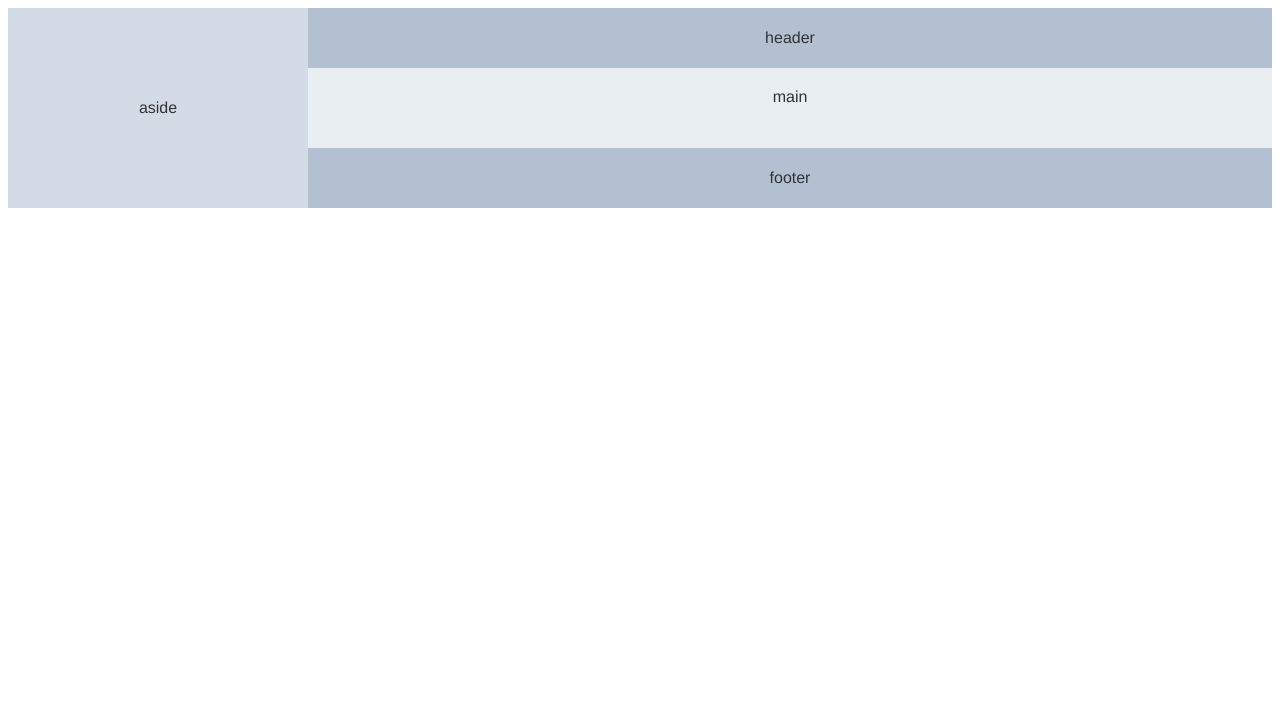
Repository: lagezhou888/element-vue2
Page: /#/button
These files come from the project's save history. The page is drawn as it stood at one moment and after the next save; the edit follows.
The browser window is 1280 px wide. The pictures show the whole page.
The project was rebuilt for these pictures with package versions that can differ from the ones it lists, and the page was loaded fresh each time. Also part of the build but not shown: src/components/HelloWorld.vue, src/views/Home.vue.

Above is the page before, as saved 2021-05-13 15:19:12.

After the next save:
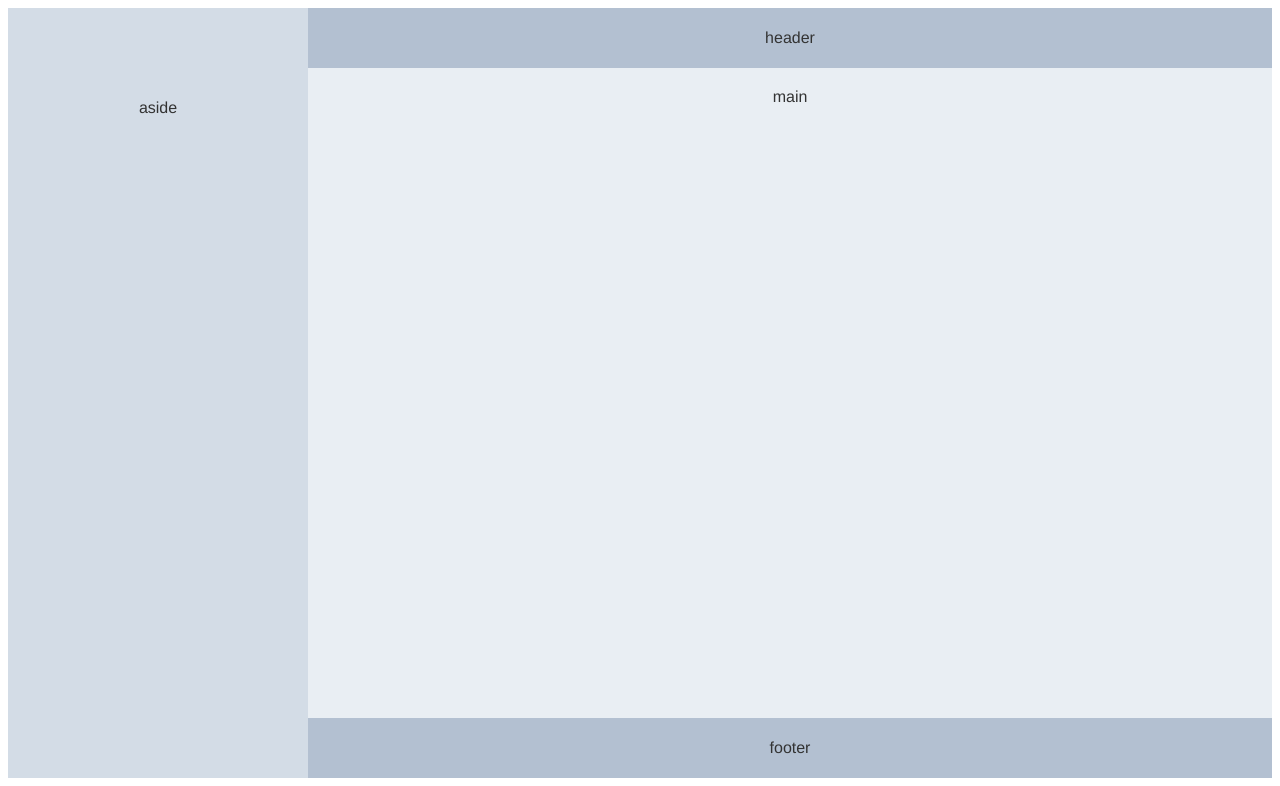
Saved 2 min 17 s later.
--- a/src/views/components/use-button.vue
+++ b/src/views/components/use-button.vue
@@ -60,6 +60,7 @@ export default {
     background-color: #E9EEF3;
     color: #333;
     text-align: center;
+    height: calc(100vh - 70px)
   }
 
   body > .el-container {
